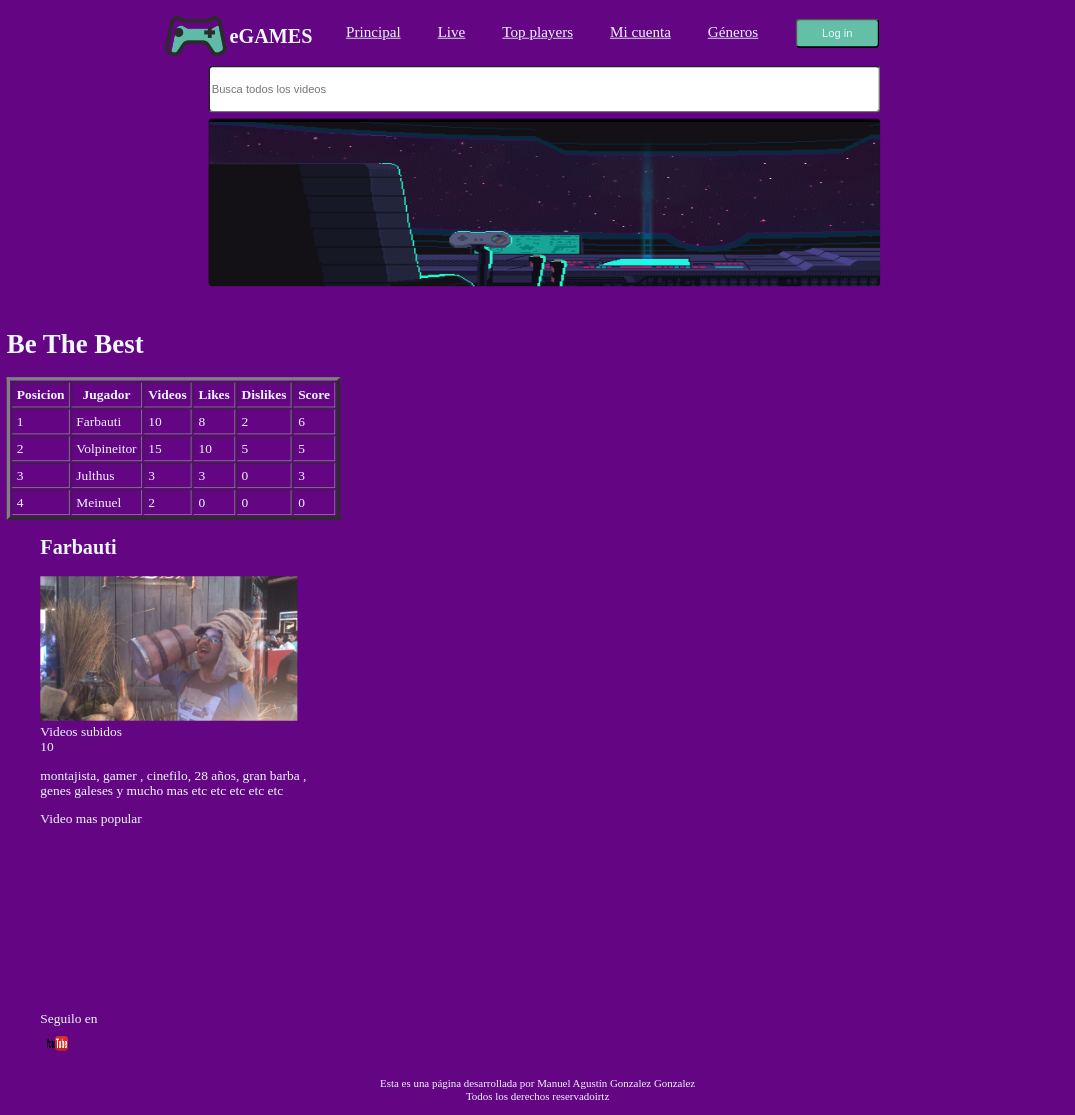
Repository: Meinuel/eGamesGonzalez
Page: secciones/eGamesTopPlayers.html
These files come from the project's save history. The page is drawn as it stood at one moment and after the next save; the edit follows.
The browser window is 1280 px wide. The pictures show the whole page, at 84% of full size.
Pictures or frames that could not be fetched are drawn as grey boxes. Some web fonts or font styles are not loaded; a fallback is used.

Above is the page before, as saved 2021-06-10 15:02:22.

After the next save:
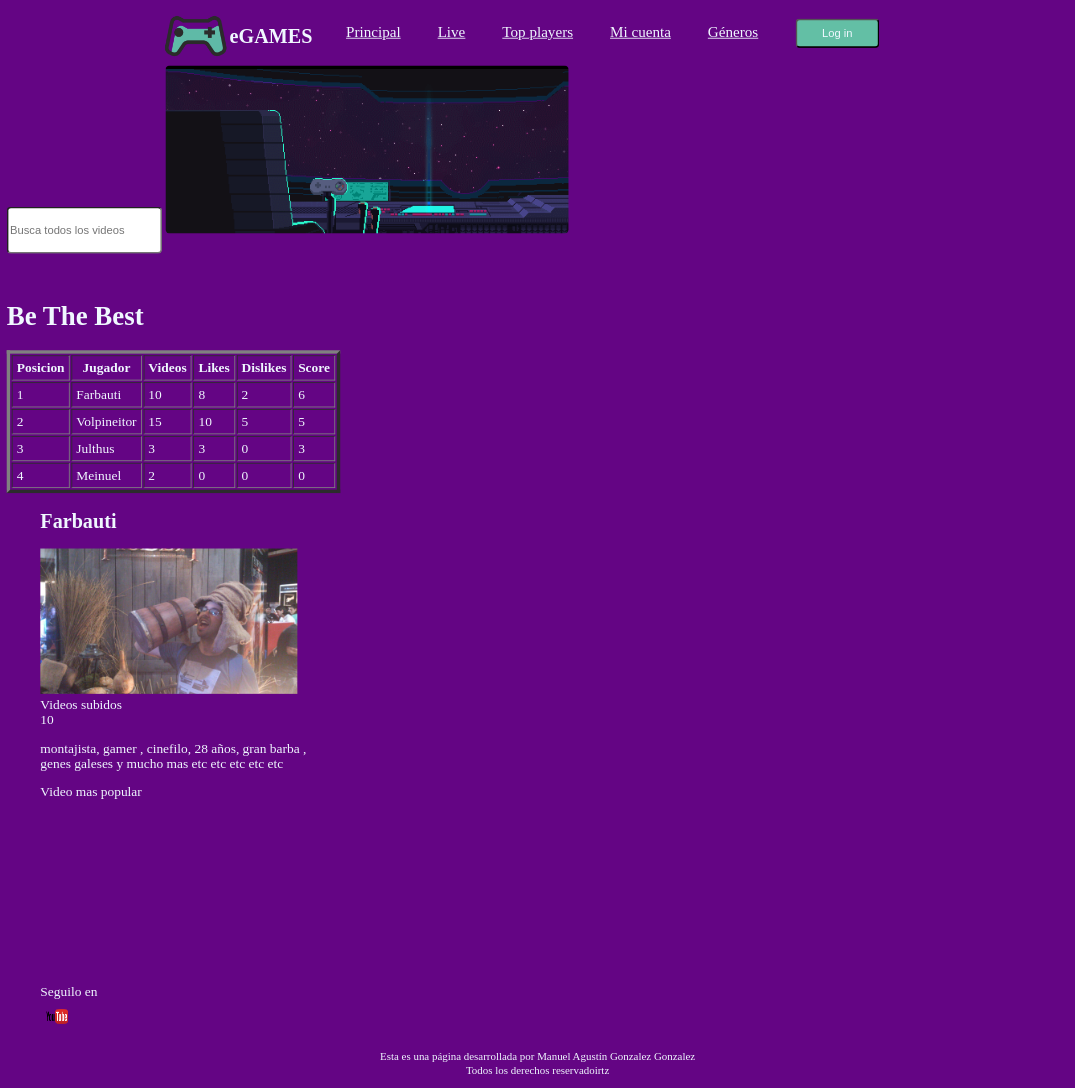
Saved 4 min 35 s later.
--- a/style.css
+++ b/style.css
@@ -6,8 +6,8 @@
 }
 
 header {
-    display: flex;
-    flex-direction: column;
+    /* display: flex;
+    flex-direction: column; */
     width: 100%;
     margin-bottom: 50px;
 }
@@ -50,12 +50,15 @@
     color: aliceblue;
 }
 
-.marginHeader {
-    display: flex;
-    flex-direction: column;
+.margenes {
     margin-left: 15em;
     margin-right: 15em;
     min-width: 50em;
+}
+
+.bottomHeader {
+    display: flex;
+    flex-direction: column;
 }
 
 .seccion__title {
